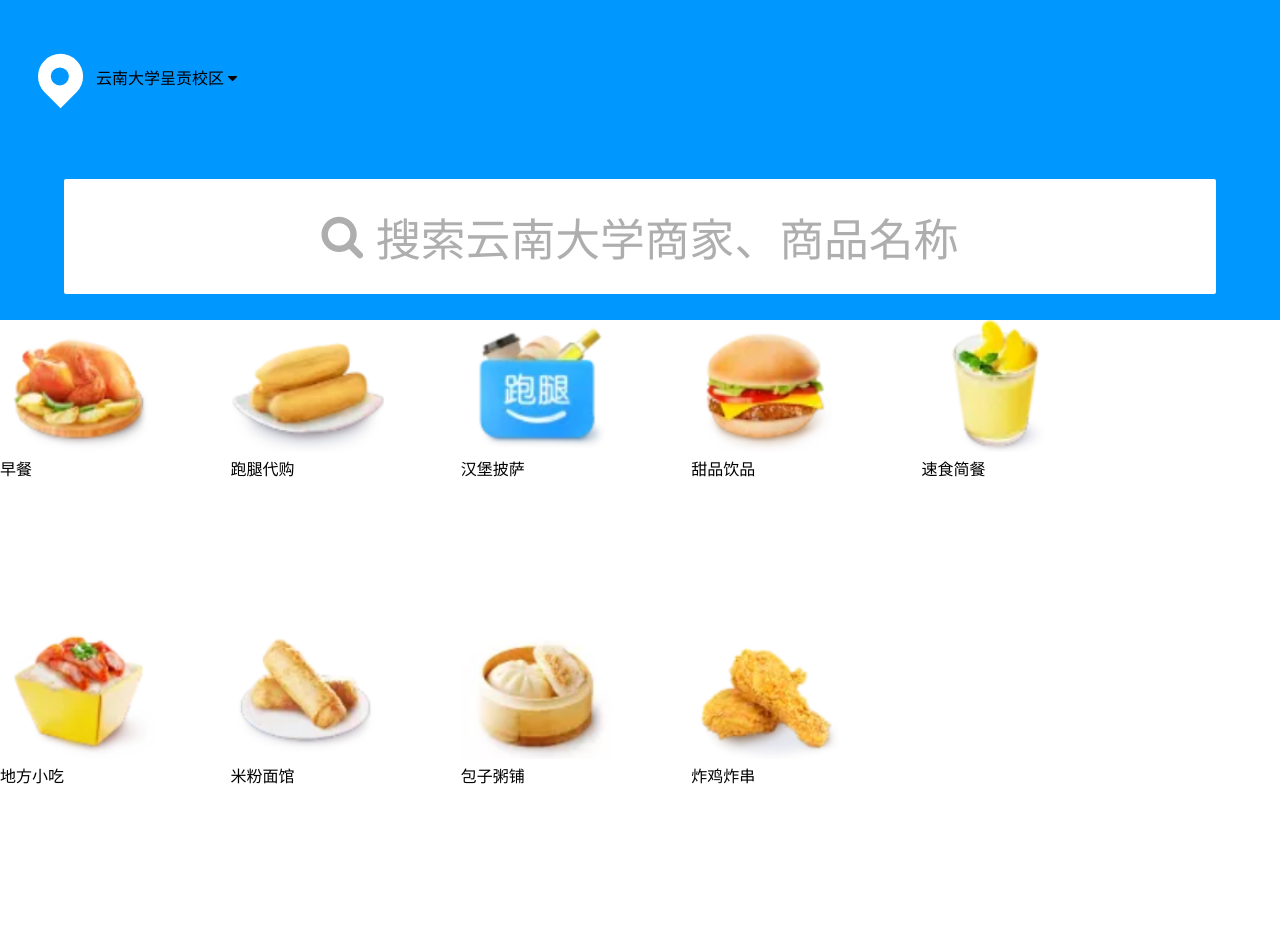
Repository: F000top/ele
Page: index.html
An editor plug-in stored every save of this project. The page is shown before and after a run of saves, followed by the edit.
The browser window is 1280 px wide. The pictures show the whole page.

Above is the page before, as saved 2022-06-07 21:32:10.

After the next 3 saves:
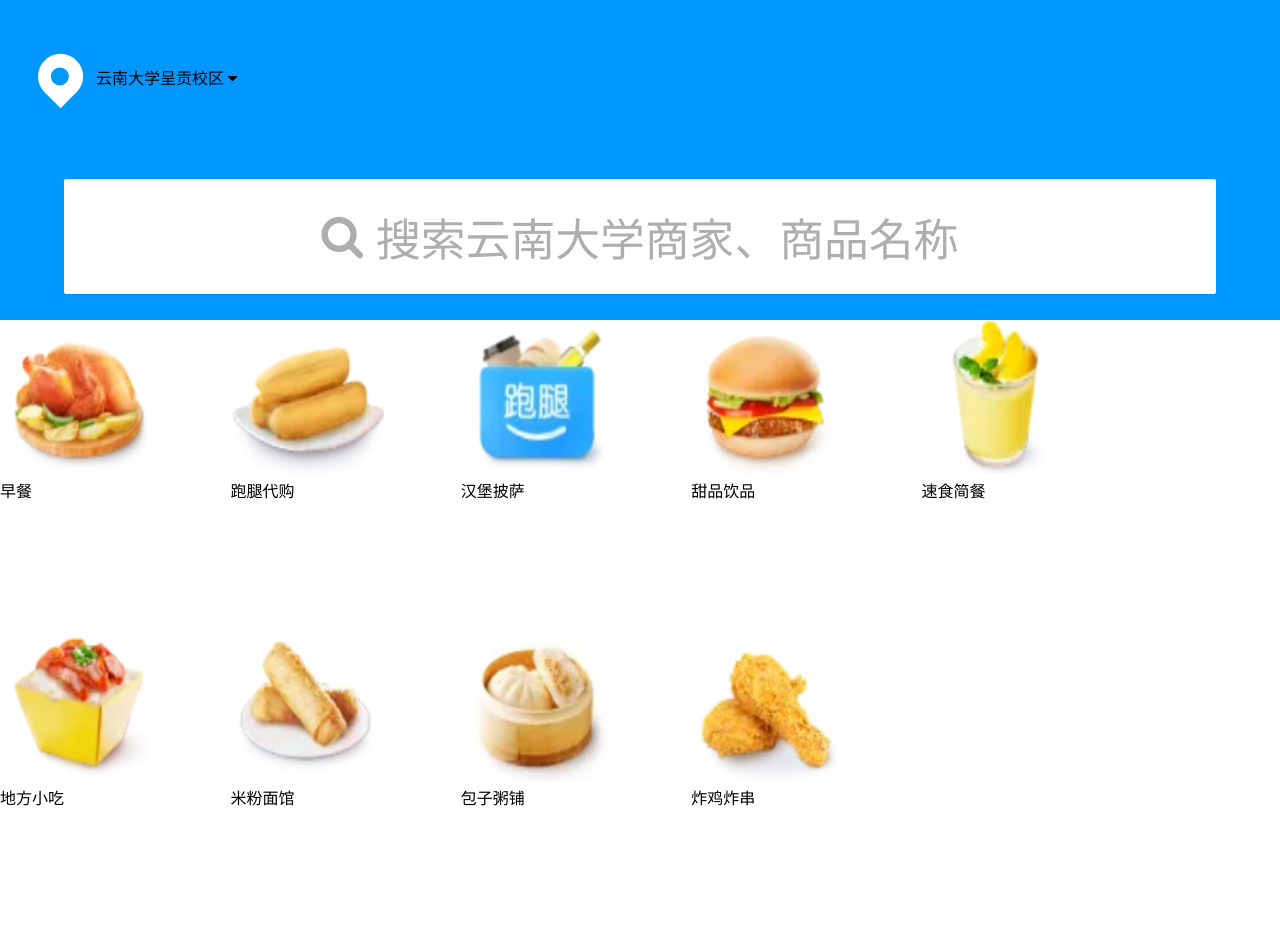
The 3 saves are shown as one change because they came seconds apart.
The last was saved 11 s later.
--- a/css/index.css
+++ b/css/index.css
@@ -89,5 +89,6 @@
 .wrapper .foodtype li img{
 
     width: 12vw;
+    height: 12vw;
 
 }
